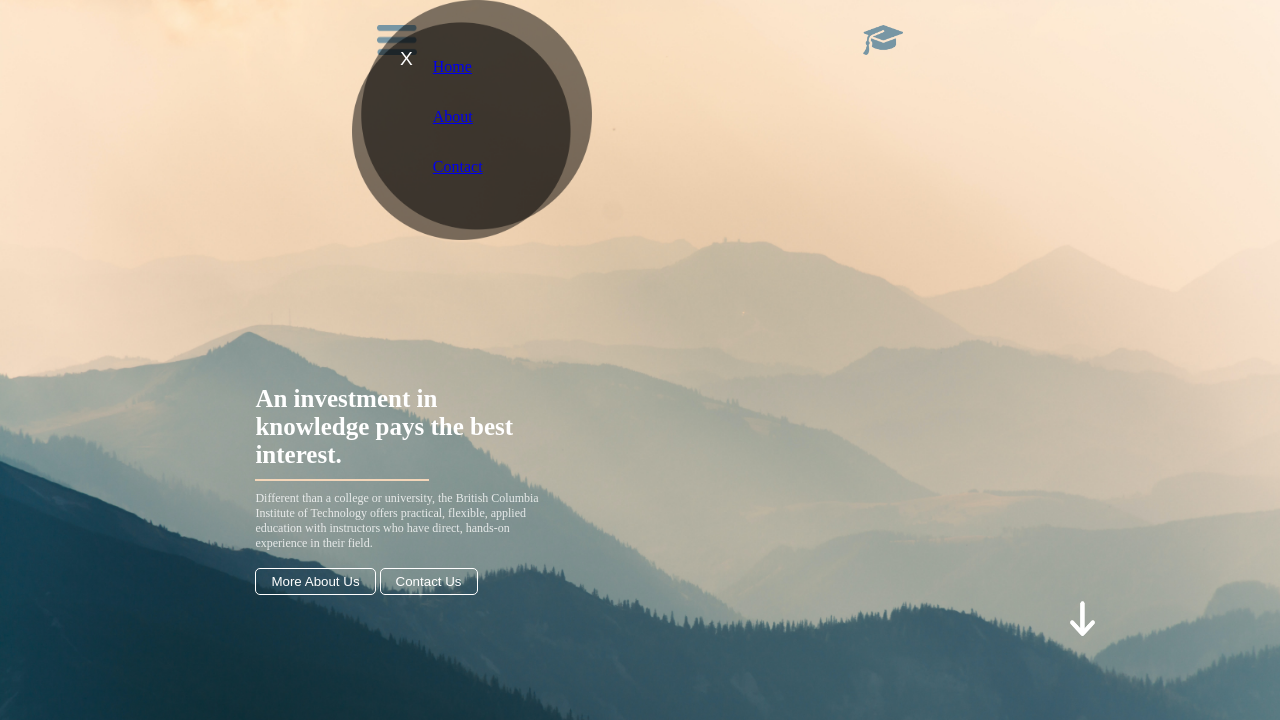
Repository: Sheraliramzan/Aly_A01253508_Assignment1
Page: /
These files come from the project's save history. The page is drawn as it stood at one moment and after the next save; the edit follows.
The browser window is 1280 px wide. The pictures show the whole page.
The project was rebuilt for these pictures with package versions that can differ from the ones it lists, and the page was loaded fresh each time. The framework's server and built-in components were replaced by stand-ins that run in the browser. Also part of the build but not shown: next.config.js.

Above is the page before, as saved 2023-02-04 17:48:59.

After the next save:
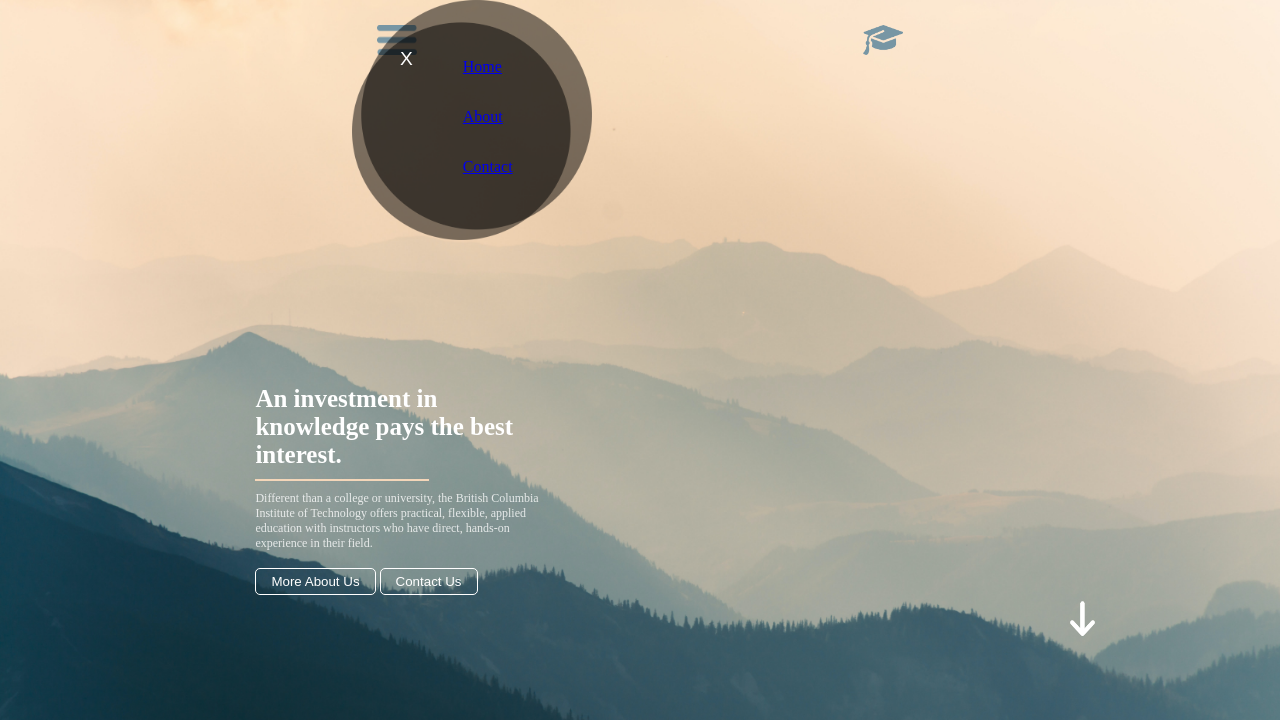
Saved 7 s later.
--- a/styles/globals.css
+++ b/styles/globals.css
@@ -33,7 +33,7 @@ ul {
   flex-direction: column;
   position: relative;
   top: 10px;
-  left: 20px;
+  left: 50px;
   gap: 2rem;
 }
 
